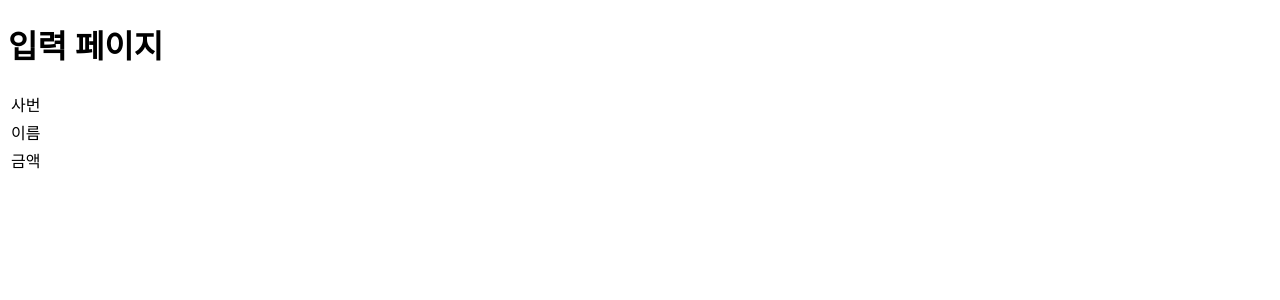
Repository: kwakjaeyeon/webWorkspace
Page: http://localhost/web08/add.jsp
These files come from the project's save history. The page is drawn as it stood at one moment and after the next save; the edit follows.
The browser window is 1280 px wide. The pictures show the whole page.
The page is served by Tomcat 9. Other server files are loaded and not shown.

Above is the page before, as saved 2020-07-08 02:08:25.

### web08/WebContent/add.jsp
<%@ page language="java" contentType="text/html; charset=EUC-KR"
    pageEncoding="EUC-KR"%>
<!DOCTYPE html PUBLIC "-//W3C//DTD HTML 4.01 Transitional//EN" "http://www.w3.org/TR/html4/loose.dtd">
<html>
<head>
<meta http-equiv="Content-Type" content="text/html; charset=EUC-KR">
<title>Insert title here</title>
</head>
<body>
<h1>입력 페이지</h1>
<form action = "">
	<table width = "800">
		<tr>
			<td>사번</td>
			<td></td>
		</tr>
		<tr>
			<td>이름</td>
			<td></td>
		</tr>
		<tr>
			<td>금액</td>
			<td></td>
		</tr>
		<tr>
			<td colspan="2>

			</td>
			<td></td>
		</tr>
	</table>
</form>

</body>
</html>

After the next save:
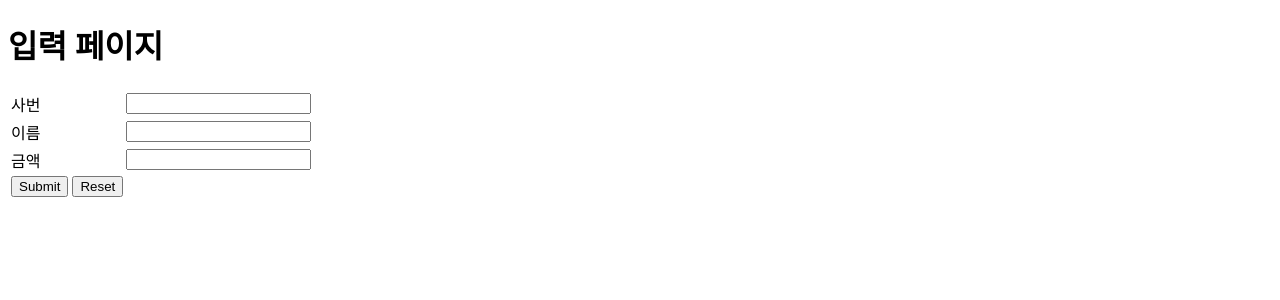
Saved 72 s later.
--- a/web08/WebContent/add.jsp
+++ b/web08/WebContent/add.jsp
@@ -12,19 +12,20 @@
 	<table width = "800">
 		<tr>
 			<td>사번</td>
-			<td></td>
+			<td><input type="text" name="sabun"></td>
 		</tr>
 		<tr>
 			<td>이름</td>
-			<td></td>
+			<td><input type="text" name="name"></td>
 		</tr>
 		<tr>
 			<td>금액</td>
-			<td></td>
+			<td><input type="text" name="pay"></td>
 		</tr>
 		<tr>
-			<td colspan="2>
-
+			<td colspan="2">
+				<input type="submit" name="입 력">
+				<input type="reset" name="취 소">
 			</td>
 			<td></td>
 		</tr>
